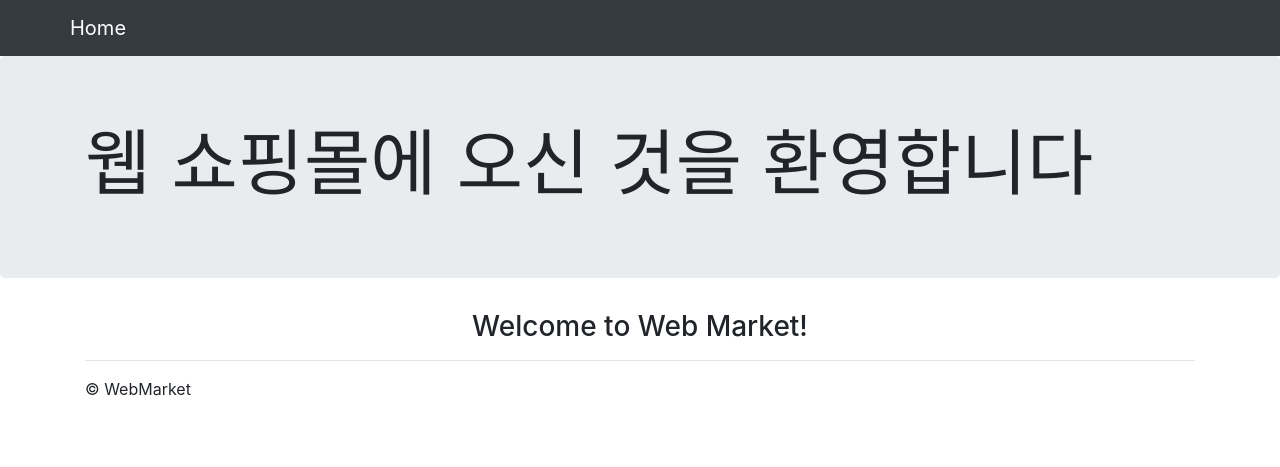
Repository: JeongYT/JSP
Page: http://localhost/Servers/welcome.jsp
These files come from the project's save history. The page is drawn as it stood at one moment and after the next save; the edit follows.
The browser window is 1280 px wide. The pictures show the whole page.
The page is served by Tomcat 9.

Above is the page before, as saved 2023-07-06 05:14:03.

### Servers/welcome.jsp
<%@ page language="java" contentType="text/html; charset=EUC-KR"
    pageEncoding="EUC-KR"%>
<%@page import="java.util.Date"%>
<!DOCTYPE html>
<html>
<head>
<meta charset="EUC-KR">
<title>Welcome</title>
<!-- Latest compiled and minified CSS -->
<link rel="stylesheet" href="https://cdn.jsdelivr.net/npm/bootstrap@4.6.2/dist/css/bootstrap.min.css">

<!-- jQuery library -->
<script src="https://cdn.jsdelivr.net/npm/jquery@3.6.4/dist/jquery.slim.min.js"></script>

<!-- Popper JS -->
<script src="https://cdn.jsdelivr.net/npm/popper.js@1.16.1/dist/umd/popper.min.js"></script>

<!-- Latest compiled JavaScript -->
<script src="https://cdn.jsdelivr.net/npm/bootstrap@4.6.2/dist/js/bootstrap.bundle.min.js"></script>
</head>
<body>
	<nav class="navbar navbar-expand navbar-dark bg-dark">
		<div class="container">
			<div class="navbar-header">
				<a class="navbar-brand" href="./welcome.jsp"> Home </a>
			</div>
		</div>
	</nav>
	<%! String greeting = "웹 쇼핑몰에 오신 것을 환영합니다";
	String tagline = "Welcome to Web Market!";%>
	<div class = "jumbotron">
		<div class = "container">
			<h1 class ="display-3">
				<%=greeting %>
			</h1>
		</div>
	</div>
	<main role = "main">
	<div class = "container">
		<div class = "text-center">
			<h3>
				<%= tagline %>
			</h3>
			<%
				Date day = new java.util.Date();
				String am_pm;
				int hout = day.getHours();

			%>
		</div>
		<hr>
	</div>
	</main>
	<footer class = "container">
		<p>&copy; WebMarket</p>
	</footer>

</body>
</html>

After the next save:
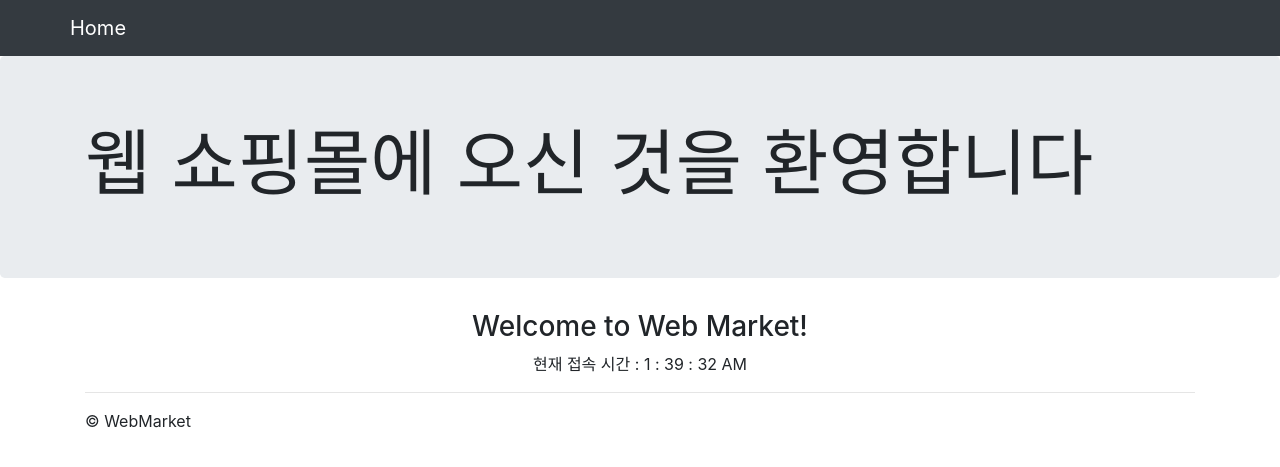
Saved 104 s later.
--- a/Servers/welcome.jsp
+++ b/Servers/welcome.jsp
@@ -44,8 +44,17 @@
 			<%
 				Date day = new java.util.Date();
 				String am_pm;
-				int hout = day.getHours();
-
+				int hour = day.getHours();
+				int minute = day.getMinutes();
+				int second = day.getSeconds();
+				if(hour/12 == 0){
+					am_pm = "AM";
+				} else {
+					am_pm = "PM";
+					hour = hour-12;
+				}
+				String CT = hour + " : " + minute + " : " + second + " " + am_pm;
+				out.println("현재 접속 시간 : " + CT + "\n");
 			%>
 		</div>
 		<hr>
